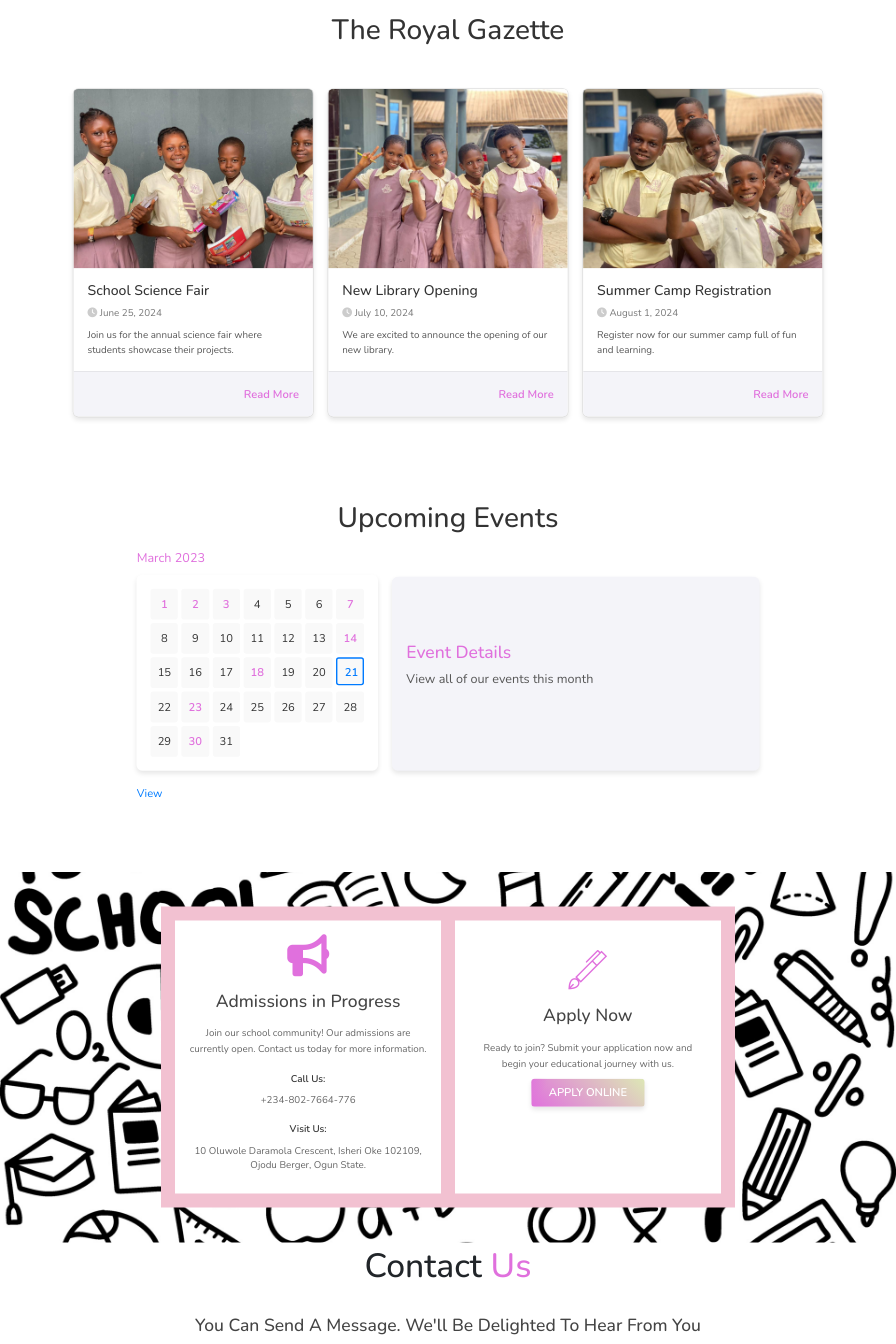
Repository: AdeniranZion/RC-Academy
Page: http://localhost/
An editor plug-in stored every save of this project. The page is shown before and after the next save, followed by the edit.
The browser window is 1280 px wide. The pictures show the part of the page from y = 4580 to 6500 px (the page is 7839 px tall before and 7826 px after), at 70% of full size.
Backgrounds fixed to the window are drawn as part of the page. Some web libraries are served in a nearby version. The page is run by PHP 8.4 with error messages shown; the project is at /var/www/html/.

Above is the page before, as saved 2024-06-24 09:14:44.
Console error: TypeError: Cannot set properties of null (setting 'onclick')

### index.php
<?php include_once "partials/header.php"; ?>
<html>
<head> <link rel="stylesheet" href="iconpack/assets/Pe-icon-7-stroke.css"></head>

<body>

<!-- home section starts  -->
<div class="swiper-container">
  <div class="swiper-wrapper">
    <div class="swiper-slide" style="background-image: url('images/web1.jpg');">
      <div class="content" data-aos="fade-up" data-aos-duration="1000">
        <h3>Discover the World of Knowledge: Explore Royal Coast Academy</h3>
        <p>At Royal Coast, we develop an enriching educational experience that empowers students to explore and thrive in the world of knowledge through our dynamic curriculum.</p>
        <a href="#" class="btn">Explore</a>
      </div>
    </div>
    <div class="swiper-slide" style="background-image: url('images/web2.jpg');">
    <div class="content" data-aos="fade-up" data-aos-duration="1000">
        <h3><span style="color: #FED005;">Education</span>  is not preparation for life; education <span style="color: #FED005;">is life</span> itself</h3>
        <!-- <h3><span>Education</span> is not preparation for life; education is life itself.</h3> -->
        <p>Here at Royal Coast, we believe that Education is not just a precursor to life but an essential, ongoing journey that enriches our everyday experiences and shapes our understanding of the world.</p>
        <a href="#" class="btn">Explore</a>
      </div>
    </div>
    <div class="swiper-slide" style="background-image: url('images/web3.jpg');">
    <div class="content" data-aos="fade-up" data-aos-duration="1000">
        <h2><span style="background: linear-gradient(45deg, #FED005, #fff); -webkit-background-clip: text; color: transparent">ADMISSION</span> IN PROGRESS </h2>
        <h4>ADMISSION FOR THE 2024/25 ACADEMIC SESSION INTO:</h4>
        <div style="font-size: 1.8rem; padding: 15px;">
          <li>Pre-school</li>
          <li>Nursery</li>
          <li>Basic Classes</li>
          <li>JSS 1</li>
        </div>
        <a href="admissions.php" class="btn">Enroll Now</a>
      </div>
    </div>
  </div>
  <!-- Pagination -->
  <div class="swiper-pagination"></div>


  <!-- Navigation buttons -->
      <div class="swiper-button-prev"></div>
      <div class="swiper-button-next"></div>
</div>

<!-- Initialize Swiper -->
<script>
  document.addEventListener('DOMContentLoaded', function () {
    var swiper = new Swiper('.swiper-container', {
      slidesPerView: 1,
      spaceBetween: 30,
      loop: true,
      autoplay: {
        delay: 10000, // Change image every 3 seconds
        disableOnInteraction: false,
      },
      pagination: {
        el: '.swiper-pagination',
        clickable: true,
        dynamicBullets: true, // Adjust bullet size based on number of slides
      },
      navigation: {
        nextEl: '.swiper-button-next',
        prevEl: '.swiper-button-prev',
      },
      effect: 'fade', // Fade effect between slides
        fadeEffect: {
          crossFade: true,
          duration: 3000, // Fade duration in milliseconds (1000ms = 1 second)
        },
      });
    });
</script>


<!-- home section ends -->

<section class="about">

   <div class="imgbox" data-aos="fade-right" data-aos-duration="1000">
      <!-- Initially empty, images will be added by JavaScript -->
   </div>
   <div class="content p-4" data-aos="fade-left" data-aos-duration="1000">
      <h3 style="font-size: 48px;" class="about-title">Welcome to Royal Coast Academy</h3>
      <p style="font-size: 20px; text-align: justify;">At Royal Coast Academy, we believe that education is the foundation of a successful life, and we are committed to providing our students with the best possible education. Our curriculum is designed to meet the needs of all students, regardless of their abilities or interests. We have a team of highly qualified and experienced teachers who are dedicated to helping students achieve their full potential.</p>
      <a href="about.php" class="btn">Read more</a>
   </div>

</section>


<!-- Icons Dsc -->
<section data-aos="fade-up" data-aos-duration="1500" style="display: flex; justify-content: center; align-items: center;">
  <div style="background-color: #fff; padding: 20px; display: grid; grid-template-columns: repeat(auto-fit, minmax(150px, 1fr)); grid-gap: 20px; width: 80%;">
    <div style="background-color: white; text-align: center;">
      <i class="pe-7s-science" style="color: #e070dd; font-size: 11em;"></i>
      <h3 style="margin: 10px 0; font-size: 3em; font-weight:light; color:#444;">Center for Excellence</h3>
      <p style="font-size: 1.6em; padding: 20px;">Our commitment to academic excellence ensures that every student receives a top-tier education, preparing them for success in higher education and their future careers.</p>
    </div>
    <div style="background-color: white; text-align: center;">
      <i class="pe-7s-light" style="color: #e070dd; font-size: 11em;"></i>
      <h3 style="margin: 10px 0; font-size: 3em; font-weight:light; color:#444;">Citadel of Knowledge</h3>
      <p style="font-size: 1.6em; padding: 20px;">At Royal Coast Academy, we are a hub of intellectual growth, fostering a love for learning and critical thinking in a supportive and dynamic environment.</p>
    </div>
    <div style="background-color: white; text-align: center;">
       <i class="pe-7s-gift" style="color: #e070dd; font-size: 11em;"></i>
      <h3 style="margin: 10px 0; font-size: 3em; font-weight:light; color:#444;">Developing A Total Child</h3>
      <p style="font-size: 1.6em; padding: 20px;">We focus on holistic development, nurturing not just academic skills but also the social, emotional, and ethical growth of each student to become well-rounded individuals.</p>
    </div>
  </div>
</section>


<!-- Welcome Speech -->
<section data-aos="fade-in" data-aos-duration="2500" class="intro-section" style="display: flex; justify-content: center; align-items: center; background-color: #F8F8FF;">
  <div style="flex-basis: 50%; padding: 20px;">
     <h2 style="font-size: 3.9em; font-weight: bolder; margin-bottom: 20px;">An Introduction from the Proprietress</h2>
     <div style="width: 40px; height: 3px; background-color:#e070dd; margin-bottom: 20px;"></div>
     <p style="font-size: 1.6em; line-height: 1.6; margin-bottom: 20px; text-align: justify;">I welcome you to Royal Coast Academy's official website on behalf of the
     administration, faculty, and students there. Excellence is our watchword here at <span style="color:#e070dd;"><b>Royal Coast Academy</b></span>. We think that anything worth doing is
     worth doing well, and we work to infuse this quality in all of our activities and Wards. Every child committed to our care is guaranteed a
     top-notch education from qualified teachers. For all of our children, we want to lay a strong foundation that will support them throughout
     their academic and professional careers. We are also concerned with our students' physical, social, and psychological growth, helping them
     to mature into accountable, impactful citizens. <br>Enjoy the journey.<br><h2>Mercy O. Adeniran</h2></p>
  </div>
  <div style="width: 300px; height: 450px;">
     <img src="images/mama.jpg" alt="Image description" style="width: 100%; height: 100%; border-radius: 2.5%;">
  </div>
</section>


<!-- About Us Header-->
   <div class="text" style="text-align: center; margin-top: 40px; margin-bottom: 40px;">
      <h3 style="font-size: 48px;" class="about-title">About <span style="color: #e070dd;">Us</span></h3>
   </div>

<!-- About Us-->
<section class="about">

   <div class="content p-4" data-aos="fade-left" data-aos-duration="1000">
      <p style="font-size: 20px; text-align: justify;">At Royal Coast Academy, we understand the importance of technology in today's world, and we are committed to integrating technology into our curriculum. We have state-of-the-art computer labs, and our students have access to the latest educational software and online resources. We also have a well-equipped science laboratory that allows our students to explore and experiment with science concepts in a hands-on environment.</p>
      <a href="about.php" class="btn">Read more</a>
   </div>
   <div style="width: 30%; max-width: 800px; margin: auto; overflow: hidden; display:block">
        <img src="images/IMG-20240616-WA0029.jpg" style="width: 100%; height: auto;">
      </div>

</section>

<!-- Mission Statement -->
<section data-aos="fade-up" data-aos-duration="1500" style="display: flex; justify-content: center; align-items: center; background-color: #f8f8ff;">
  <div style="padding: 20px; display: grid; grid-template-columns: repeat(auto-fit, minmax(150px, 1fr)); grid-gap: 20px; width: 80%;">
      <div style="text-align: center;">
         <i class="fa-solid fa-crosshairs" style="color: #e070dd; font-size: 11em;"></i>
         <h3 style="margin: 10px 0; font-size: 3em; font-weight:light; color:#444;">Our Mission</h3>
         <p style="font-size: 1.7em; padding: 20px;">Royal Coast Academy is dedicated to the intellectual, moral, and spiritual formation of girls and boys from diverse religious faiths, tribes, and socioeconomic backgrounds. Our mission is to cultivate leaders who serve God and humanity selflessly. Inspired by the values of Loyola Jesuit College, we foster a community united in the pursuit of excellence and service. Our commitment lies in nurturing individuals who embody compassion, justice, academic proficiency, and reverence for God and His creation. Aligned with the Nigerian education policy, we strive to develop individuals of faith, guided by the principles of Christ’s love and justice. Our graduates are characterized by emotional intelligence, social responsibility, and a relentless pursuit of the magis—the relentless pursuit of excellence in all aspects of life—for the betterment of society. At Royal Coast Academy, we are dedicated to shaping future generations who are empowered to make a positive impact through their commitment to service, leadership, and ethical conduct in a global context.</p>
      </div>
  </div>
</section>

<!-- Vision and Values -->
<section style="display: flex; justify-content: center; align-items: center;">
  <div style="background-color: #fff; padding: 20px; display: grid; grid-template-columns: repeat(auto-fit, minmax(150px, 1fr)); grid-gap: 20px; width: 80%;">
    <div data-aos="fade-right" data-aos-duration="1500" style="background-color: white; text-align: center;">
    <i class="fa-regular fa-eye" style="color: #e070dd; font-size: 11em;"></i>
      <h3 style="margin: 10px 0; font-size: 3em; font-weight:light; color:#444;">Our Vision</h3>
      <p style="font-size: 1.6em; padding: 20px;">At Royal Coast Academy, we are dedicated to giving our pupils the greatest education possible since we think that education is the cornerstone of a successful life.</p>
    </div>
    <div data-aos="fade-left" data-aos-duration="1500" style="background-color: white; text-align: center;">
    <i class="fa-regular fa-heart" style="color: #e070dd; font-size: 11em;"></i>
      <h3 style="margin: 10px 0; font-size: 3em; font-weight:light; color:#444;">Our Values</h3>
      <p style="font-size: 1.6em; padding: 20px;">We are dedicated to giving our pupils the greatest education possible.</p>
    </div>
  </div>
</section>


<!--News Page-->
<section class="news-section" data-aos="fade-up" data-aos-duration="1500">
  <div class="parallax-bg" style="position: absolute;
    top: 0; left: 0; width: 100%; height: 100%;background-image: url('images/wids2.jpg');
    background-size: cover;
    background-position: center;
    background-attachment: fixed;
    z-index: -1;"></div>
  <div class="news-container">
    <article class="news-item">
      <h3>RCA 2024 Graduation Ceremony</h3>
      <p>Royal Coast Academy proudly celebrated its 2024 Graduation Ceremony on June 10th, 2024. Over 150 graduates took to the stage, marking the end of their high school journey. Families, friends, and faculty gathered to applaud the achievements of the Class of 2024 as they prepared to embark on new adventures in higher education and beyond. The day was filled with emotional speeches, heartfelt moments, and joyous celebrations.</p>
      <button class="btn">EXPAND DETAILS</button>
    </article>
    <article class="news-item">
      <h3>2024 Founder’s Day Celebration</h3>
      <p>On May 20th, 2024, Royal Coast Academy celebrated its annual Founder’s Day. This year's event was especially significant as it marked the school's 25th anniversary. The day was packed with activities, including a keynote address by an esteemed alumnus, cultural performances by students, and a series of awards recognizing exceptional achievements in academics, sports, and community service.</p>
      <button class="btn">EXPAND DETAILS</button>
    </article>
    <!-- Add more news items as needed -->
  </div>
</section>


<?php include 'animate.php'; ?>

<!--Admissions-->
<section data-aos="fade-up" data-aos-duration="1500" style="display: flex; justify-content: center; align-items: center; background-image: url('images/b2s.jpg'); background-size: cover; background-position: center;">
  <div style="background-color: #F2C1D1; padding: 20px; display: grid; grid-template-columns: repeat(auto-fit, minmax(300px, 1fr)); grid-gap: 20px; max-width: 80%; text-align: center;">

      <!-- Admission Icon and Information -->
      <div style="background-color: white; padding: 20px;">
         <!-- <i class="pe-7s-users" style="color: #e070dd; font-size: 6em;"></i> -->
         <i class="fas fa-bullhorn" style="color: #e070dd; font-size: 6em;"></i>
         <h3 style="margin: 20px 0; font-size: 2.5em; font-weight: light; color: #444;">Admissions in Progress</h3>
         <p style="font-size: 1.4em; line-height: 1.6; color: #666;">Join our school community! Our admissions are currently open. Contact us today for more information.</p>
         <div style="margin-top: 20px;">
         <p style="font-size: 1.4em; font-weight: bold; color: #333;">Call Us:</p>
         <p style="font-size: 1.4em; color: #666;">+234-802-7664-776</p>
         </div>
         <div style="margin-top: 20px;">
         <p style="font-size: 1.4em; font-weight: bold; color: #333;">Visit Us:</p>
         <p style="font-size: 1.4em; color: #666;">10 Oluwole Daramola Crescent, Isheri Oke 102109, Ojodu Berger, Ogun State.</p>
         </div>
    </div>

    <!-- Apply Now Icon and Information -->
    <div style="background-color: white; padding: 40px;">
      <i class="pe-7s-pen" style="color: #e070dd; font-size: 6em;"></i>
      <h3 style="margin: 20px 0; font-size: 2.5em; font-weight: light; color: #444;">Apply Now</h3>
      <p style="font-size: 1.4em; line-height: 1.6; color: #666;">Ready to join? Submit your application now and begin your educational journey with us.</p>
      <a href="admissions.php" class="btn">Apply Online</a>
    </div>
  </div>
</section>

<!-- Contact Us -->
<div class="parent" data-aos="fade-up" data-aos-duration="1000">
   <!-- <div class="containerbackground">
          <h3 style="font-size: 65px;" class="about-title">Contact <span style="color: #f670f2;">Us</span></h3>
   </div> -->
   <div class="text" style="text-align: center; margin-top: 40px; margin-bottom: 40px;">
      <h3 style="font-size: 48px;" class="about-title">Contact <span style="color: #e070dd;">Us</span></h3>
   </div>
</div>
         <section class="contact" data-aos="fade-up" data-aos-duration="1000" style="padding: 24px; padding-top:10px;">
                  <div class="row" style="background-color: #fff; padding: 24px; padding-top:10px;">
                        <div class="p-24 mx-auto sm:max-w-md md:max-w-lg lg:max-w-xl">
                              <form action="" style="padding-top:10px;">
                                 <h3 class="heading" style="margin-top: 2px;">You can send a message. We'll be delighted to hear from you</h3>
                                       <input type="text" placeholder="Full Name" class="box mb-4">
                                       <input type="email" placeholder="Email Address" class="box mb-4">
                                       <input type="number" placeholder="Phone Number" class="box mb-4">
                                       <input type="text" placeholder="Subject" class="box mb-4">
                                       <textarea name="" class="box mb-4" placeholder="Message" id="" cols="30" rows="10"></textarea>
                                       <input type="submit" value="Submit" class="btn bg-blue-500 hover:bg-blue-600 font-bold py-2 px-6 rounded">
                              </form>
                        </div>
                  </div>
         </section>



<script src="https://cdn.jsdelivr.net/npm/swiper@9/swiper-element-bundle.min.js"></script>



<!-- AOS JavaScript -->
<script src="https://cdn.jsdelivr.net/npm/aos@2.3.4/dist/aos.js"></script>
<script>
  AOS.init();
</script>

<script>
  document.addEventListener('DOMContentLoaded', function () {
  const imgbox = document.querySelector('.imgbox');
  const images = [
    'images/IMG-20240616-WA0023.jpg',
    'images/IMG-20240616-WA0024.jpg',
    'images/IMG-20240616-WA0025.jpg'
  ];
  let currentIndex = 0;

  // Initialize with two images
  let img1 = document.createElement('img');
  let img2 = document.createElement('img');

  // Apply CSS class to control size
  img1.classList.add('current', 'resized');
  img2.classList.add('resized');

  // Set initial sources
  img1.src = images[currentIndex];
  img2.src = images[(currentIndex + 1) % images.length];

  // Append images to the imgbox
  imgbox.appendChild(img1);
  imgbox.appendChild(img2);

  function changeImage() {
    // Alternate between img1 and img2 for crossfade effect
    const nextIndex = (currentIndex + 1) % images.length;
    const currentImg = imgbox.querySelector('img.current');
    const nextImg = imgbox.querySelector('img:not(.current)');

    nextImg.src = images[nextIndex]; // Set the next image source
    nextImg.classList.add('current');
    currentImg.classList.remove('current');

    // Update currentIndex
    currentIndex = nextIndex;
  }

  // Set interval to change images
  setInterval(changeImage, 5000); // Change image every 5 seconds
});

</script>


<?php include_once "partials/footer.php"; ?>

</body>
</html>

### partials/footer.php
<!-- footer section starts  -->


<section class="footer">

   <div class="box-container">

      <div class="box">
         <h3> <img style="margin-bottom: -3%;" src="images/RCALogo.png" width="50"> Royal Coast Academy </h3>
         <p>Empowering young minds into becoming better versions of themselves - The Leaders of tomorrow</p>
         <div class="share">
            <a href="#" class="fa-brands fa-facebook-f"></a>
            <a href="#" class="fa-brands fa-twitter"></a>
            <a href="https://www.instagram.com/royalcoastacademy/" class="fa-brands fa-instagram"></a>
            <a href="#" class="fa-brands fa-linkedin"></a>
            <a href="https://wa.me/+2348027664776" class="fa-brands fa-whatsapp"></a>
         </div>
      </div>

      <div class="box">
         <h3>Reach Us</h3>
         <a href="tel:+2348027664776" class="link"><i class="fa-solid fa-phone"></i> <span> +234 802 766 4776</span></a>
         <a href="mailto:admissions@schoolname.com" class="link"><i class="fa-sharp fa-solid fa-envelope"></i> admissions@royalcoastacademy.com</a>
         <a class="link"><i class="fa-solid fa-clock"></i><span> Mon — Fri: 8:00 AM — 4:00 PM (GMT+1)
         </span></a>
         <a href="https://www.google.com/maps/place/Royal+Coast+Academy/@6.6436294,3.3875633,17z/data=!4m15!1m8!3m7!1s0x103b937ae5824571:0xccc23bd1c27304eb!2s10+Oluwole+Daramola+Cres,+Isheri+Oke+102109,+Ojodu+Berger,+Ogun+State!3b1!8m2!3d6.6436294!4d3.3875633!16s%2Fg%2F11sk8n63bg!3m5!1s0x103b9320de5d0e97:0x8af30d24481b53f6!8m2!3d6.6436294!4d3.3875633!16s%2Fg%2F11smwgcrfj" class="link"><i class="fa-solid fa-location-dot"></i><span> 10 Oluwole Daramola, Off Mabinuori, Opic Bus stop, Lagos - Ibadan Expressway, Ogun State.</span></a>
      </div>

      <div class="box">
         <h3>Quick links</h3>
         <a href="admissions.php" class="link">Admissions</a>
         <a href="calendar.php" class="link">News and Events</a>
         <a href="photogallery.php" class="link">Photo Gallery</a>
         <a href="unavailable.php" class="link">Parents Forum</a>
         <a href="unavailable.php" class="link">Job Oppurtunities</a>
         <a href="faq.php" class="link">Help and Support</a>
      </div>

      <div class="box">
         <h3>newsletter</h3>
         <p>Subscribe for latest upadates</p>
         <form action="">
            <input type="email" name="" placeholder="enter your email" id="" class="email">
            <input type="submit" value="subscribe" class="btn">
         </form>
      </div>

   </div>

   <div class="credit">&copy; <?php echo date("Y");?> Royal Coast Academy. all rights reserved. </div>

</section>

<!-- footer section ends -->







<!-- swiper js link  -->
<script src="https://unpkg.com/swiper@7.4.1/swiper-bundle.min.js"></script>

<!-- custom js file link  -->
<script src="js/script.js"></script>
<script src="js/aos.js"></script>

### css/aos.css
/* Fade-in from the right animation */
[data-aos="fade-right"] {
    opacity: 0;
    transform: translateX(100px);
    transition: opacity 0.6s ease-out, transform 0.6s ease-out;
  }

  [data-aos="fade-right"].aos-animate {
    opacity: 1;
    transform: translateX(0);
  }

Loaded but not shown: js/script.js (156 lines, source omitted); js/aos.js (24 lines, source omitted); css/style.css (1695 lines, source omitted); animate.php (389 lines, source omitted); iconpack/assets/Pe-icon-7-stroke.css (631 lines, source omitted); css/qlstyle.css (370 lines, source omitted); partials/header.php (127 lines, source omitted)

After the next save:
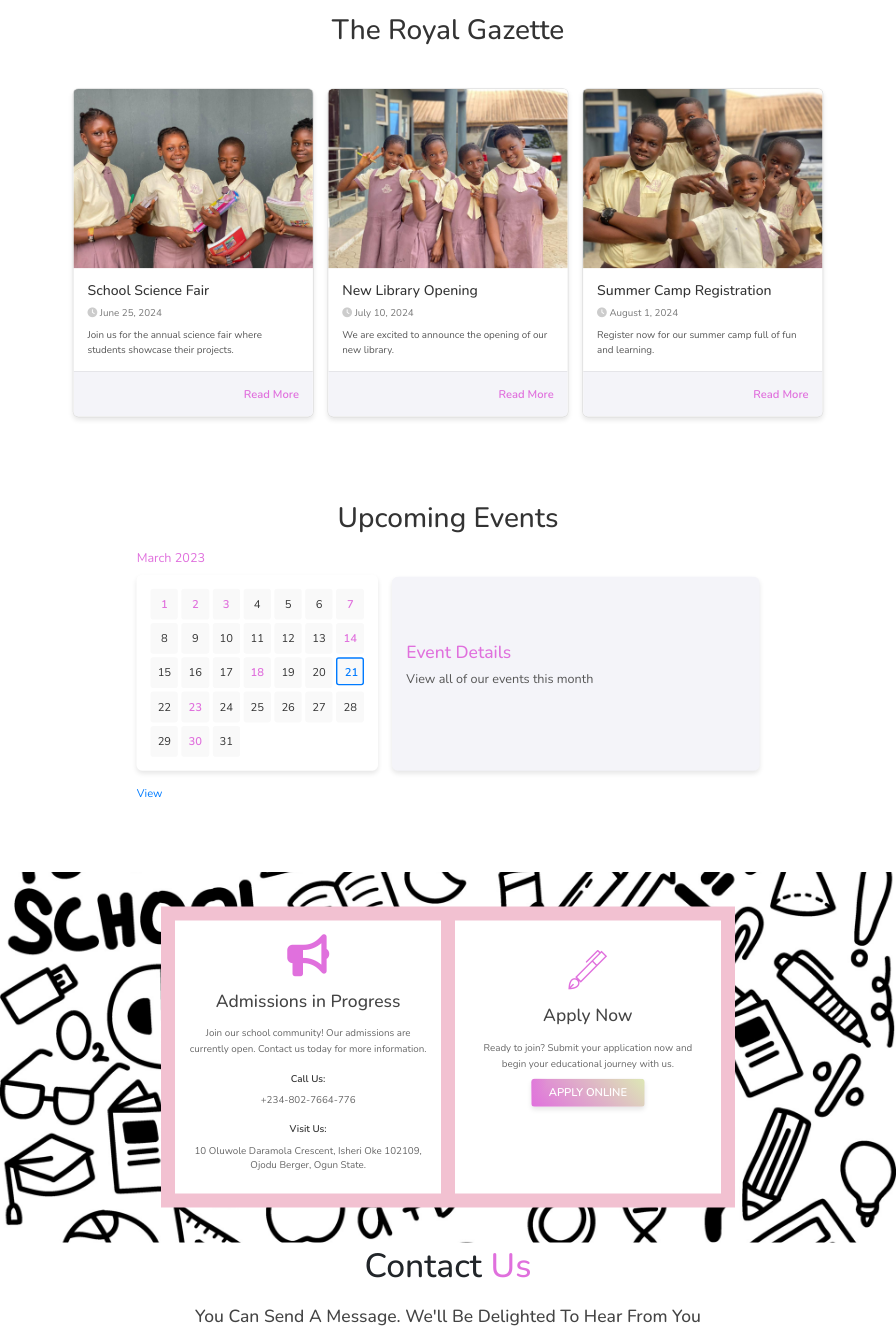
Saved 37 s later.
--- a/index.php
+++ b/index.php
@@ -243,9 +243,9 @@
    </div>
 </div>
          <section class="contact" data-aos="fade-up" data-aos-duration="1000" style="padding: 24px; padding-top:10px;">
-                  <div class="row" style="background-color: #fff; padding: 24px; padding-top:10px;">
+                  <div class="row" style="background-color: #fff; padding: 24px; padding-top:5px;">
                         <div class="p-24 mx-auto sm:max-w-md md:max-w-lg lg:max-w-xl">
-                              <form action="" style="padding-top:10px;">
+                              <form action="" style="padding-top:2px;">
                                  <h3 class="heading" style="margin-top: 2px;">You can send a message. We'll be delighted to hear from you</h3>
                                        <input type="text" placeholder="Full Name" class="box mb-4">
                                        <input type="email" placeholder="Email Address" class="box mb-4">
